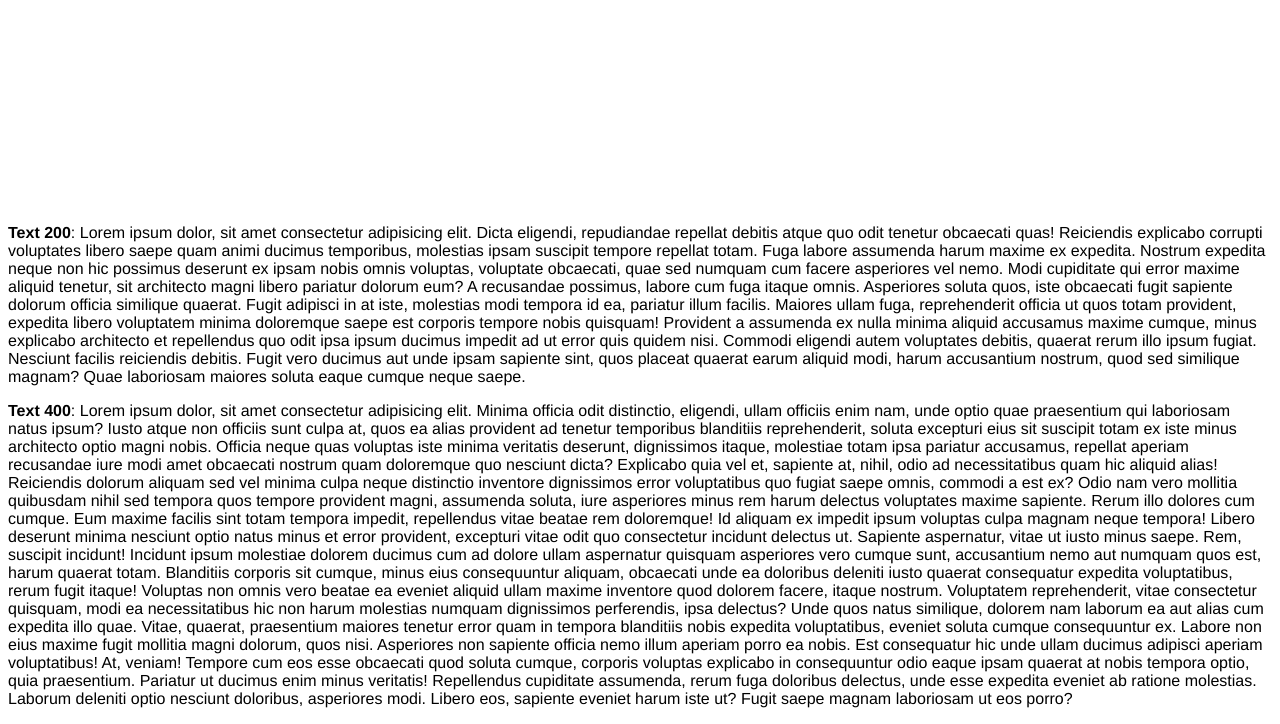
Repository: j4tdn/java18-repository
Page: 2. CSS3/ex04-css-float.html
These files come from the project's save history. The page is drawn as it stood at one moment and after the next save; the edit follows.
The browser window is 1280 px wide. The pictures show the whole page.

Above is the page before, as saved 2023-10-21 18:50:56.

### 2. CSS3/ex04-css-float.html
<!DOCTYPE html>
<html lang="en">
  <head>
    <meta charset="UTF-8" />
    <meta name="viewport" content="width=device-width, initial-scale=1.0" />
    <title>Ex04 - Css Float</title>
    <link rel="stylesheet" href="css/style-base.css" />
    <link rel="stylesheet" href="css/utils.css" />
  </head>
  <body>
    <div class="block-md200"></div>
    <p>
      <span class="text-bold">Text 200</span>: Lorem ipsum dolor, sit amet
      consectetur adipisicing elit. Dicta eligendi, repudiandae repellat debitis
      atque quo odit tenetur obcaecati quas! Reiciendis explicabo corrupti
      voluptates libero saepe quam animi ducimus temporibus, molestias ipsam
      suscipit tempore repellat totam. Fuga labore assumenda harum maxime ex
      expedita. Nostrum expedita neque non hic possimus deserunt ex ipsam nobis
      omnis voluptas, voluptate obcaecati, quae sed numquam cum facere
      asperiores vel nemo. Modi cupiditate qui error maxime aliquid tenetur, sit
      architecto magni libero pariatur dolorum eum? A recusandae possimus,
      labore cum fuga itaque omnis. Asperiores soluta quos, iste obcaecati fugit
      sapiente dolorum officia similique quaerat. Fugit adipisci in at iste,
      molestias modi tempora id ea, pariatur illum facilis. Maiores ullam fuga,
      reprehenderit officia ut quos totam provident, expedita libero voluptatem
      minima doloremque saepe est corporis tempore nobis quisquam! Provident a
      assumenda ex nulla minima aliquid accusamus maxime cumque, minus explicabo
      architecto et repellendus quo odit ipsa ipsum ducimus impedit ad ut error
      quis quidem nisi. Commodi eligendi autem voluptates debitis, quaerat rerum
      illo ipsum fugiat. Nesciunt facilis reiciendis debitis. Fugit vero ducimus
      aut unde ipsam sapiente sint, quos placeat quaerat earum aliquid modi,
      harum accusantium nostrum, quod sed similique magnam? Quae laboriosam
      maiores soluta eaque cumque neque saepe.
    </p>
    <p>
      <span class="text-bold">Text 400</span>: Lorem ipsum dolor, sit amet
      consectetur adipisicing elit. Minima officia odit distinctio, eligendi,
      ullam officiis enim nam, unde optio quae praesentium qui laboriosam natus
      ipsum? Iusto atque non officiis sunt culpa at, quos ea alias provident ad
      tenetur temporibus blanditiis reprehenderit, soluta excepturi eius sit
      suscipit totam ex iste minus architecto optio magni nobis. Officia neque
      quas voluptas iste minima veritatis deserunt, dignissimos itaque,
      molestiae totam ipsa pariatur accusamus, repellat aperiam recusandae iure
      modi amet obcaecati nostrum quam doloremque quo nesciunt dicta? Explicabo
      quia vel et, sapiente at, nihil, odio ad necessitatibus quam hic aliquid
      alias! Reiciendis dolorum aliquam sed vel minima culpa neque distinctio
      inventore dignissimos error voluptatibus quo fugiat saepe omnis, commodi a
      est ex? Odio nam vero mollitia quibusdam nihil sed tempora quos tempore
      provident magni, assumenda soluta, iure asperiores minus rem harum
      delectus voluptates maxime sapiente. Rerum illo dolores cum cumque. Eum
      maxime facilis sint totam tempora impedit, repellendus vitae beatae rem
      doloremque! Id aliquam ex impedit ipsum voluptas culpa magnam neque
      tempora! Libero deserunt minima nesciunt optio natus minus et error
      provident, excepturi vitae odit quo consectetur incidunt delectus ut.
      Sapiente aspernatur, vitae ut iusto minus saepe. Rem, suscipit incidunt!
      Incidunt ipsum molestiae dolorem ducimus cum ad dolore ullam aspernatur
      quisquam asperiores vero cumque sunt, accusantium nemo aut numquam quos
      est, harum quaerat totam. Blanditiis corporis sit cumque, minus eius
      consequuntur aliquam, obcaecati unde ea doloribus deleniti iusto quaerat
      consequatur expedita voluptatibus, rerum fugit itaque! Voluptas non omnis
      vero beatae ea eveniet aliquid ullam maxime inventore quod dolorem facere,
      itaque nostrum. Voluptatem reprehenderit, vitae consectetur quisquam, modi
      ea necessitatibus hic non harum molestias numquam dignissimos perferendis,
      ipsa delectus? Unde quos natus similique, dolorem nam laborum ea aut alias
      cum expedita illo quae. Vitae, quaerat, praesentium maiores tenetur error
      quam in tempora blanditiis nobis expedita voluptatibus, eveniet soluta
      cumque consequuntur ex. Labore non eius maxime fugit mollitia magni
      dolorum, quos nisi. Asperiores non sapiente officia nemo illum aperiam
      porro ea nobis. Est consequatur hic unde ullam ducimus adipisci aperiam
      voluptatibus! At, veniam! Tempore cum eos esse obcaecati quod soluta
      cumque, corporis voluptas explicabo in consequuntur odio eaque ipsam
      quaerat at nobis tempora optio, quia praesentium. Pariatur ut ducimus enim
      minus veritatis! Repellendus cupiditate assumenda, rerum fuga doloribus
      delectus, unde esse expedita eveniet ab ratione molestias. Laborum
      deleniti optio nesciunt doloribus, asperiores modi. Libero eos, sapiente
      eveniet harum iste ut? Fugit saepe magnam laboriosam ut eos porro?
    </p>
  </body>
</html>

### 2. CSS3/css/style-base.css
/*  */
* {
  font-family: corbel, helvetica, sans-serif;
}
li {
  /* list-style-type: none; */
  list-style-image: url("../images/world.png");
}
/* EX02: CSS SELECTOR CLASS ID */
/* Chỉ có thẻ p với class là text20 mới ăn */
/* p[class="text20"] {
  color: blue;
} */
/* p.text20 {
  color: blue;
} */
/* Tất cả tag với class là text20 */
/* .text20 {
  color: blue;
} */

#page-footer {
  position: absolute;
  bottom: 0;
  left: 0;
  width: 100%;
  height: 40px;
  background-color: pink;
}

/* EX03: BASE CONTENT BASIC DEMO */
.parent-text10lh {
  height: 60px;
  background-color: blue;
}
.text10lh {
  line-height: 60px;
  color: #fcccba;
}

### 2. CSS3/css/utils.css
.text-green {
  color: green;
}
.text-blue {
  color: blue;
}
.text-orange {
  color: orange;
}
.text-bold {
  font-weight: bold;
}
.text-underline {
  text-decoration: underline;
}
.text-line-through {
  text-decoration: line-through;
}
.text-overline {
  text-decoration: overline;
}
.text-decor-none {
  text-decoration: none;
}
.text-align-left {
  text-align: left;
}
.text-align-center {
  text-align: center;
}
.text-align-right {
  text-align: right;
}
.block-md200 {
  width: 200px;
  height: 200px;
}
.bg-orange {
  background-color: orange;
}

After the next save:
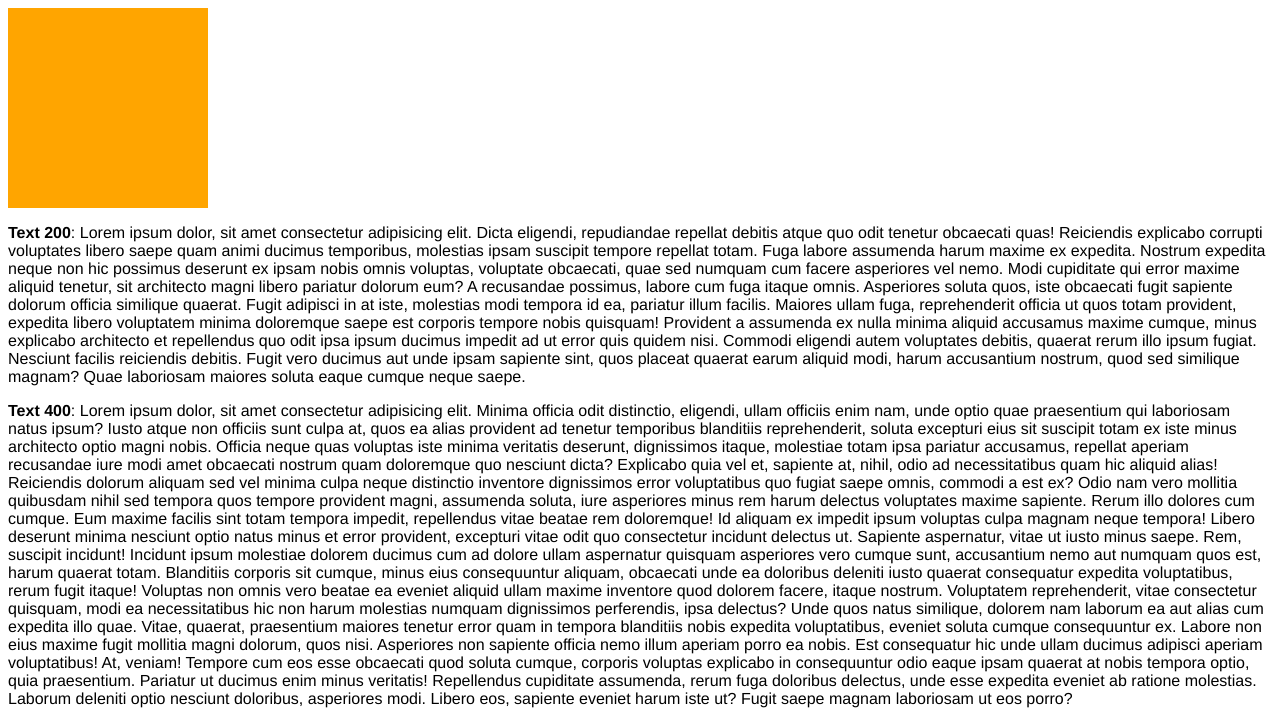
Saved 12 s later.
--- a/2. CSS3/ex04-css-float.html
+++ b/2. CSS3/ex04-css-float.html
@@ -8,7 +8,7 @@
     <link rel="stylesheet" href="css/utils.css" />
   </head>
   <body>
-    <div class="block-md200"></div>
+    <div class="block-md200 bg-orange"></div>
     <p>
       <span class="text-bold">Text 200</span>: Lorem ipsum dolor, sit amet
       consectetur adipisicing elit. Dicta eligendi, repudiandae repellat debitis
